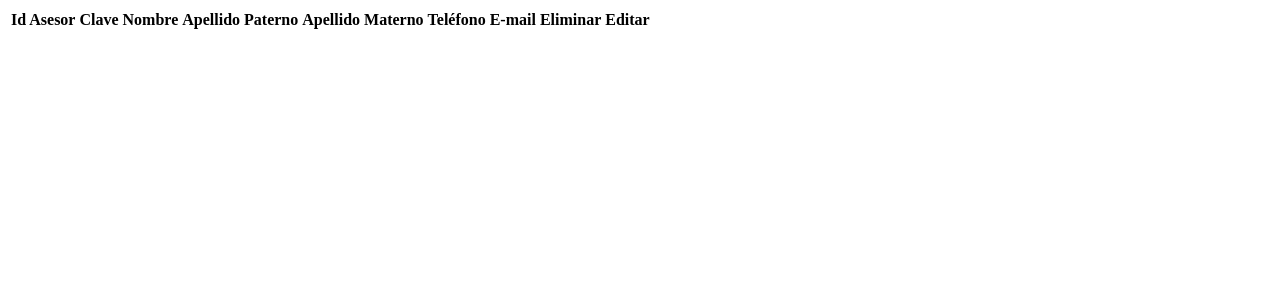
Repository: luisdj01/proyecto-intgegrador
Page: http://localhost/php/mostrarAsesores.php
An editor plug-in stored every save of this project. The page is shown before and after the next save, followed by the edit.
The browser window is 1280 px wide. The pictures show the whole page.
The page is run by PHP 8.4 with error messages shown; the project is at /var/www/html/. Queries for data that is not in the repository find no rows.

Above is the page before, as saved 2022-11-08 20:49:02.
Console error: ReferenceError: $ is not defined

### tessfp/php/mostrarAsesores.php
<?php
//Mostrar los datos almacenados en la tabla fuente
    include "conexion.php";
    $consultaSQL="Select *from asesor";
    //ejecutamos la consulta
    $ejecutarConsulta=$conexion->query($consultaSQL);
    //recoge las variables de una fila dentro de un array
    //y los almacena en un variable cada fila
?>
<script type="text/javascript">
    $(document).ready(function(){
        $("#tablaAsesor").DataTable();
    });
</script>
<?php
echo "<table id='tablaAsesor'><thead><th>Id Asesor</th><th>Clave</th><th>Nombre</th>
<th>Apellido Paterno</th><th>Apellido Materno</th></th><th>Teléfono</th>
<th>E-mail</th><th>Eliminar</th><th>Editar</th></thead>";
while($fila=$ejecutarConsulta->fetch_array()){
    //mostrar cada fila del array
    echo "<tr>";
    echo "<td>".$fila[0]."</td><td>".$fila[1]."</td>
    <td>".$fila[2]."</td><td>".$fila[3]."</td><td>".$fila[4]."</td><td>".$fila[5]."</td>
    <td>".$fila[6]."</td><td>
    <p class='btn btn-primary' data-toggle='modal' data-target='#ModalEditarAsesor' onclick=editarAsesor(".$fila[1].")>
    <i class='far fa-edit '></i>Actualizar</p></td>";
}
echo "</table>";
?>

### tessfp/php/conexion.php
<?php
// Definir los datos para la conexión
    $server="localhost";
    $user="root";
    $password="";
    $bd="repo";
    $conexion=new mysqli($server,$user,$password,$bd) or die ("Error al conectarse con la base de datos".$mysqli->error);
    $conexion->set_charset("utf8");
?>

After the next save:
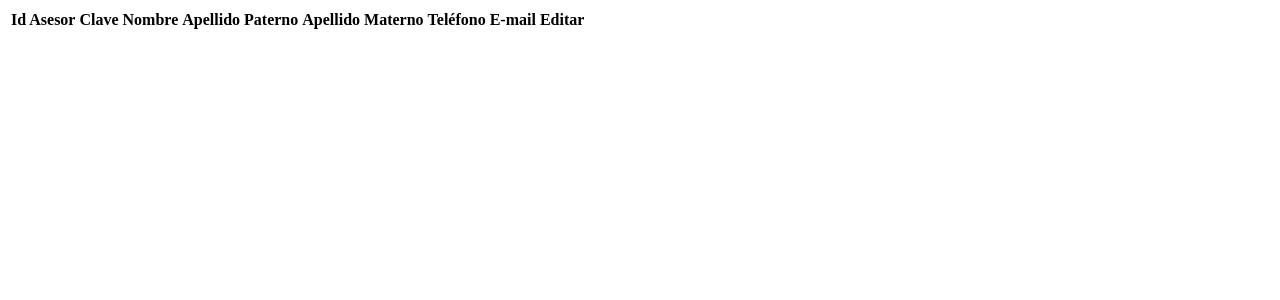
Saved 2 min 0 s later.
--- a/tessfp/php/mostrarAsesores.php
+++ b/tessfp/php/mostrarAsesores.php
@@ -15,7 +15,7 @@
 <?php
 echo "<table id='tablaAsesor'><thead><th>Id Asesor</th><th>Clave</th><th>Nombre</th>
 <th>Apellido Paterno</th><th>Apellido Materno</th></th><th>Teléfono</th>
-<th>E-mail</th><th>Eliminar</th><th>Editar</th></thead>";
+<th>E-mail</th><th>Editar</th></thead>";
 while($fila=$ejecutarConsulta->fetch_array()){
     //mostrar cada fila del array
     echo "<tr>";
